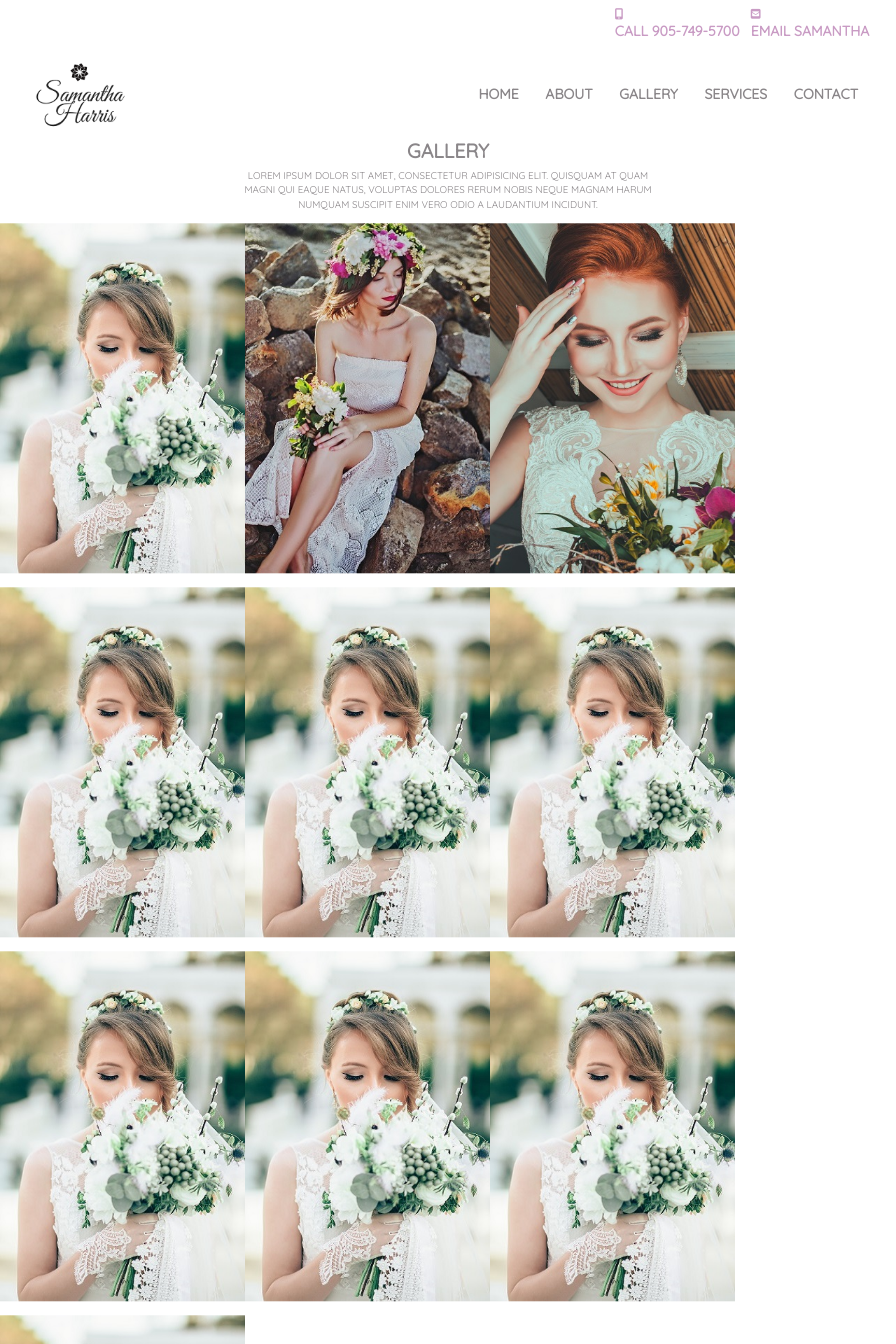
Repository: JayneyNix/milestone-1-UCFD
Page: gallery.html
The author's editor kept a record of every edit. The page is drawn from the files as they stood at one moment, then again after the next edit.
The browser window is 1280 px wide. The pictures show the part of the page from y = 0 to 1920 px (the page is 3004 px tall), at 70% of full size.
Some web libraries are served in a nearby version.

Above is the page before.

After the next edit:
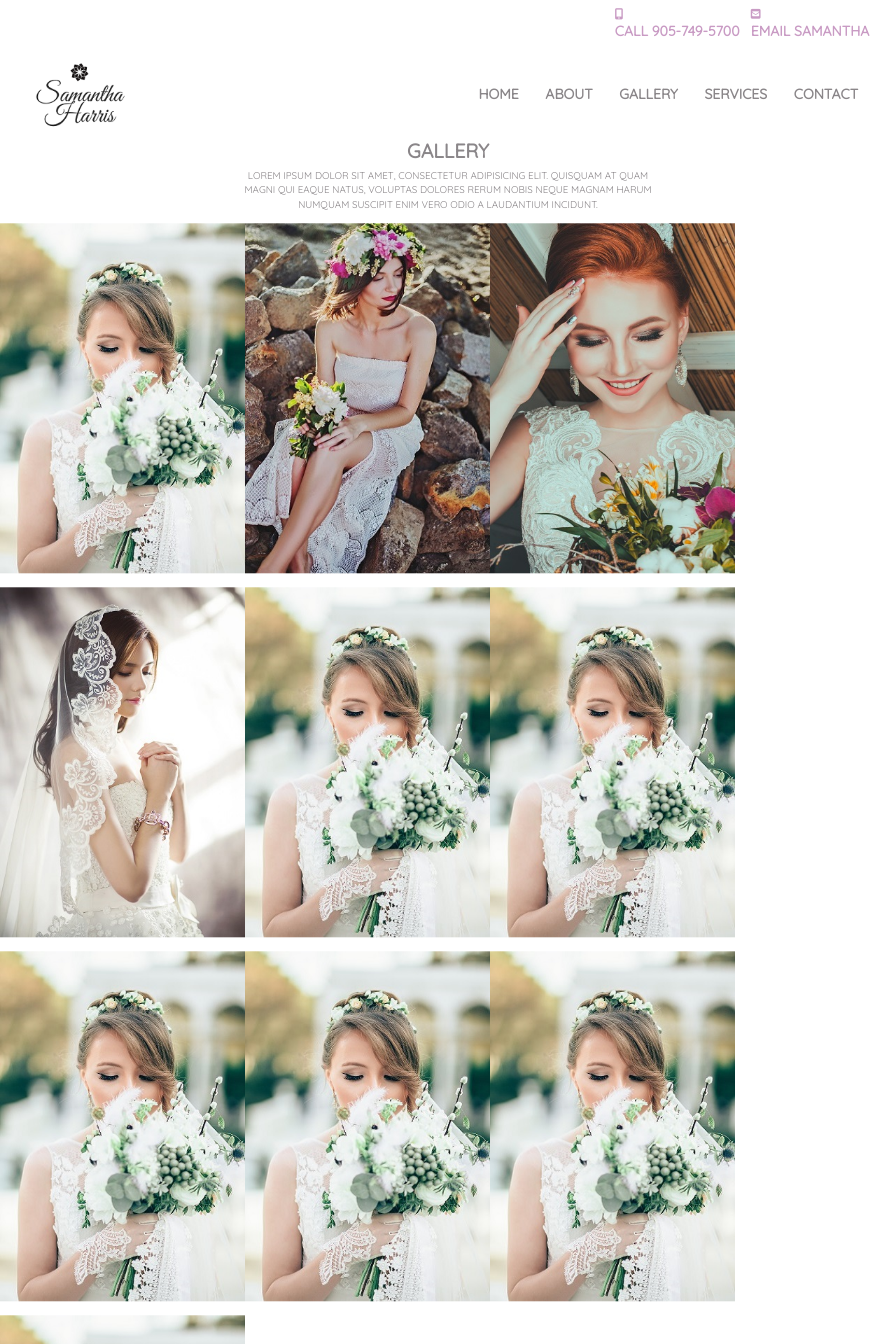
The edit:
--- a/gallery.html
+++ b/gallery.html
@@ -95,7 +95,7 @@
                 <img class="gallery-image" src="Assets/smiling-bride-touching-forehead.jpg" alt="bride" />
             </div>
             <div class="gallery-item">
-                <img class="gallery-image" src="Assets/Bride-eyes-closed-with-flowers.jpg" alt="bride" />
+                <img class="gallery-image" src="Assets/beautiful-bride-dress.jpg" alt="bride" />
             </div>
             <div class="gallery-item">
                 <img class="gallery-image" src="Assets/Bride-eyes-closed-with-flowers.jpg" alt="bride" />
